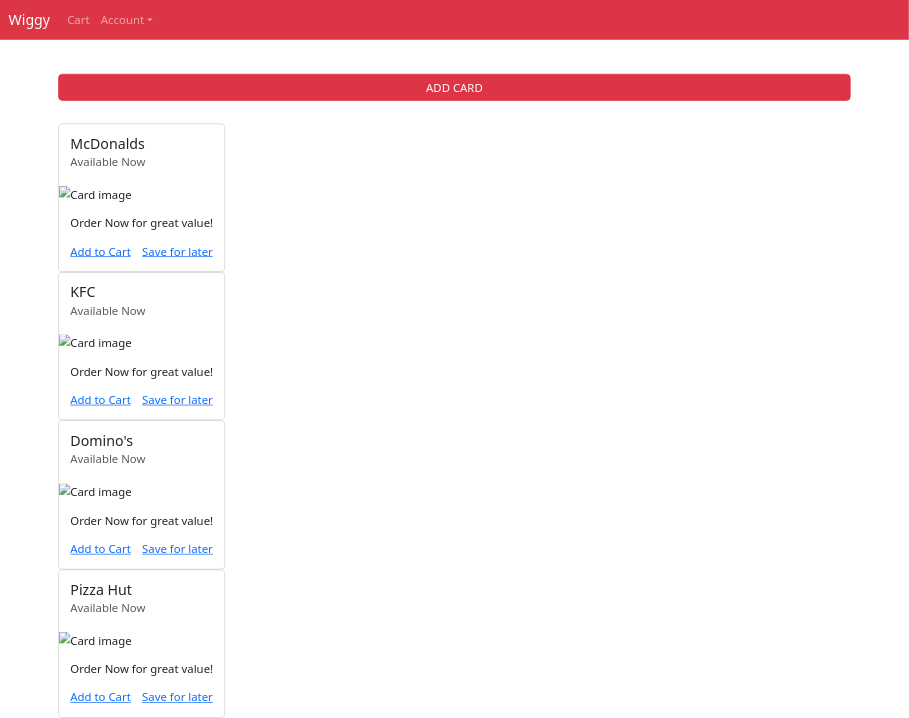
Repository: MohammadGulshan/wiggy
Page: / (app in client/)
These files come from the project's save history. The page is drawn as it stood at one moment and after the next save; the edit follows.
The browser window is 1280 px wide. The pictures show the whole page, at 71% of full size.
The project was rebuilt for these pictures with package versions that can differ from the ones it lists, and the page was loaded fresh each time. Also part of the build but not shown: client/src/App.css.

Above is the page before, as saved 2020-12-11 04:14:52.

### client/src/index.js
import React from 'react';
import ReactDOM from 'react-dom';
import App from './App';
import reportWebVitals from './reportWebVitals';

ReactDOM.render(
  <React.StrictMode>
    <App />
  </React.StrictMode>,
  document.getElementById('root')
);

// If you want to start measuring performance in your app, pass a function
// to log results (for example: reportWebVitals(console.log))
// or send to an analytics endpoint. Learn more: https://bit.ly/CRA-vitals
reportWebVitals();

### client/src/App.js
import 'bootstrap/dist/css/bootstrap.min.css';
import './App.css';

import AppNavbar from './components/AppNavbar';
import AppCards from './components/AppCards';

function App() {
  return (
    <div className="App">
      <AppNavbar />
      <AppCards />
    </div>
  );
}

export default App;

### client/src/components/AppNavbar.js
import React from "react";
import {
  Collapse,
  Navbar,
  NavbarToggler,
  NavbarBrand,
  Nav,
  NavItem,
  NavLink,
  UncontrolledDropdown,
  DropdownToggle,
  DropdownMenu,
  DropdownItem,
  NavbarText,
} from "reactstrap";

const AppNavbar = (props) => {
  let isOpen = false;
  const toggle = () => isOpen = !isOpen;
  return (
    <div>
      <Navbar color="danger" dark expand="md" className="mb-5">
        <NavbarBrand href="/">Wiggy</NavbarBrand>
        <NavbarToggler onClick={toggle} />
        <Collapse isOpen={isOpen} navbar>
          <Nav className="ml-auto" navbar>
            <NavItem>
              <NavLink href="/cart">Cart</NavLink>
            </NavItem>
            <UncontrolledDropdown nav inNavbar>
              <DropdownToggle nav caret>
                Account
              </DropdownToggle>
              <DropdownMenu right>
                <DropdownItem>
                  Profile
                </DropdownItem>
                <DropdownItem>
                  Orders
                </DropdownItem>
                <DropdownItem divider />
                <DropdownItem>
                  Logout
                </DropdownItem>
              </DropdownMenu>
            </UncontrolledDropdown>
          </Nav>
        </Collapse>
      </Navbar>
    </div>
  );
};

export default AppNavbar;

### client/src/components/AppCards.js
import React, {useState} from 'react';
import { Container, Button, Card, CardBody, CardText, CardGroup, CardTitle, CardLink, CardSubtitle } from 'reactstrap';
import { CSSTransition, TransitionGroup } from 'react-transition-group';
import {v1 as uuid} from 'uuid';
import App from '../App';

const AppCards = () => {
    const [state, setState] = useState({
        cards: [
            {id: uuid(), name: 'McDonalds'},
            {id: uuid(), name: 'KFC'},
            {id: uuid(), name: 'Domino\'s'},
            {id: uuid(), name: 'Pizza Hut'}
        ]
    });
    const x = [1,2,4]

    return (
        <div>
            <Container>
                <Button color="danger"
                    className="col-12"
                    style={{marginBottom: '2rem'}}
                    onClick={() => {
                        const name = prompt('Enter Restaurant Name');
                        if (name) {
                            setState(state => ({
                                cards: [...state.cards, {id: uuid(), name: name}]
                            }))
                        }
                    }}
                >
                    ADD CARD
                </Button>
                <CardGroup>
                    <TransitionGroup className="cards">
                        {state.cards.map((value, id) => {
                            return (
                                // <CSSTransition key={id}
                                //     timeout={500}
                                //     classNames="fade"
                                // >
                                <Card>
                                    <CardBody>
                                        <CardTitle tag="h5">
                                            {value.name}
                                        </CardTitle>
                                        <CardSubtitle tag="h6" className="mb-2 text-muted">Available Now</CardSubtitle>
                                    </CardBody>
                                    <img width="100%" src="" alt="Card image" />
                                    <CardBody>
                                        <CardText>Order Now for great value!</CardText>
                                        <CardLink href="#">Add to Cart</CardLink>
                                        <CardLink href="#">Save for later</CardLink>
                                    </CardBody>
                                </Card>
                                // </CSSTransition>
                            )
                        })}
                    </TransitionGroup>
                </CardGroup>
            </Container>
        </div>
    );
}

export default AppCards;

Loaded but not shown: client/public/index.html (common file); client/src/reportWebVitals.js (common file)

After the next save:
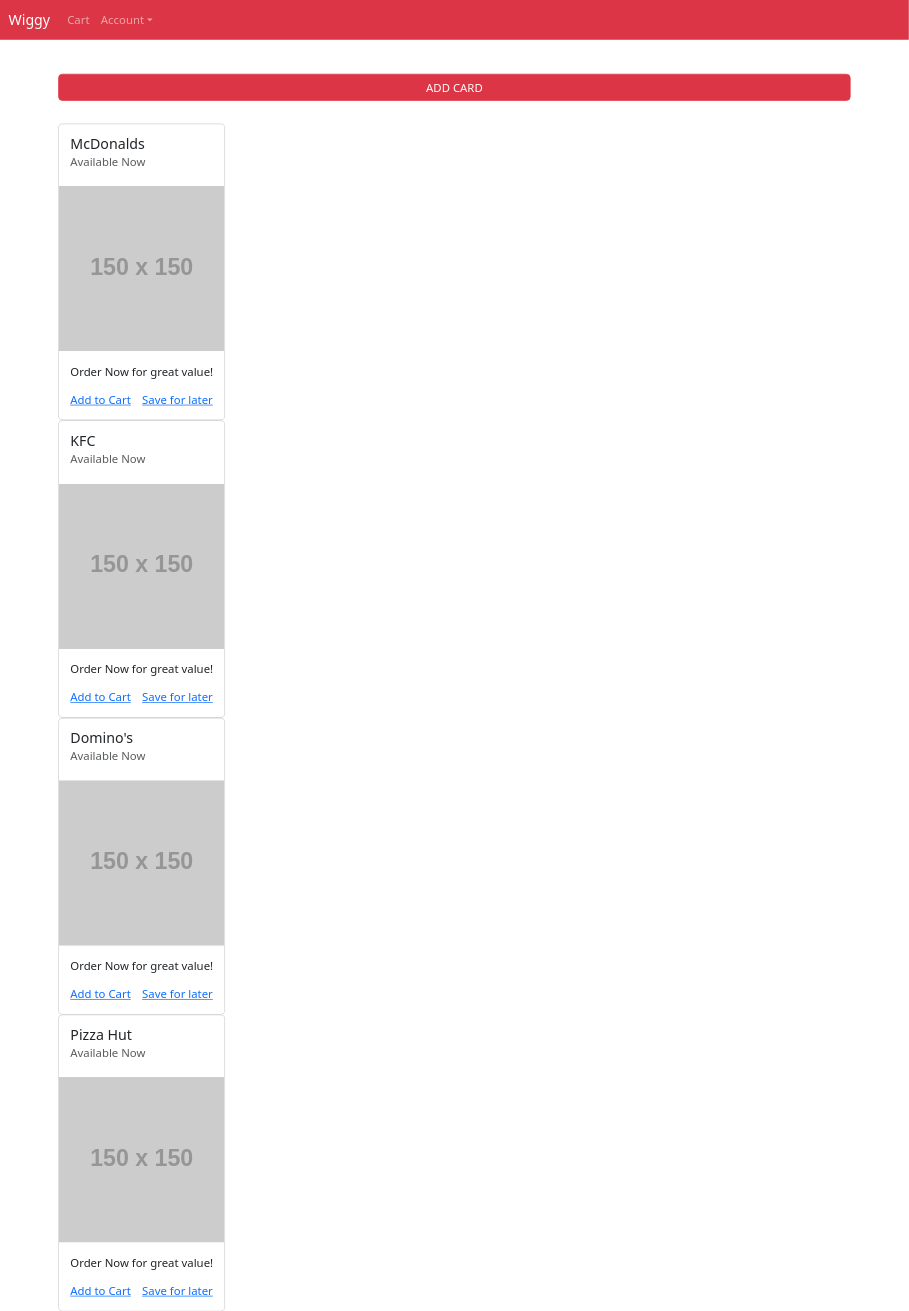
Saved 2 min 3 s later.
--- a/client/src/components/AppCards.js
+++ b/client/src/components/AppCards.js
@@ -47,7 +47,7 @@
                                         </CardTitle>
                                         <CardSubtitle tag="h6" className="mb-2 text-muted">Available Now</CardSubtitle>
                                     </CardBody>
-                                    <img width="100%" src="" alt="Card image" />
+                                    <img width="100%" src="https://via.placeholder.com/150" alt="Card image" />
                                     <CardBody>
                                         <CardText>Order Now for great value!</CardText>
                                         <CardLink href="#">Add to Cart</CardLink>
